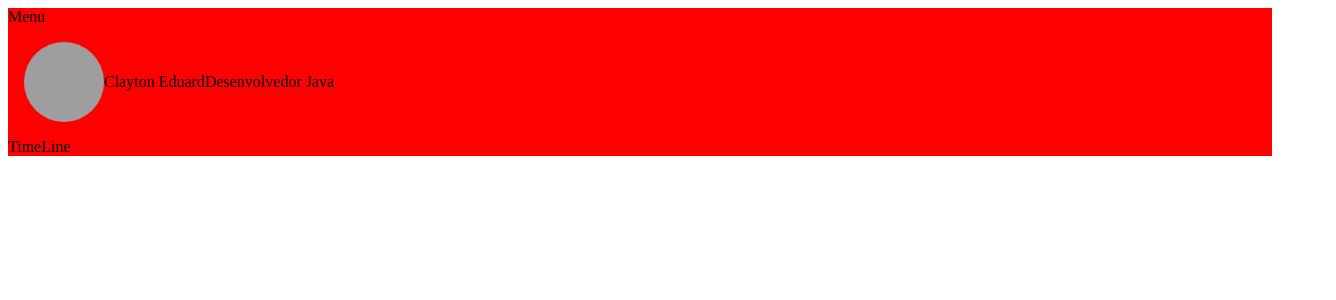
Repository: ClaytonEduard/imersaoaluratube
Page: /
An editor plug-in stored every save of this project. The page is shown before and after the next save, followed by the edit.
The browser window is 1280 px wide. The page is 1304 px wide, then 1336 px, so the pictures cover 1336 px, including what lies to the right of the window. The pictures show the whole page.
Pictures or frames that could not be fetched are drawn as grey boxes. The project was rebuilt for these pictures with package versions that can differ from the ones it lists, and the page was loaded fresh each time. The framework's server and built-in components were replaced by stand-ins that run in the browser. Also part of the build but not shown: next.config.js.

Above is the page before, as saved 2022-11-10 23:22:00.

After the next save:
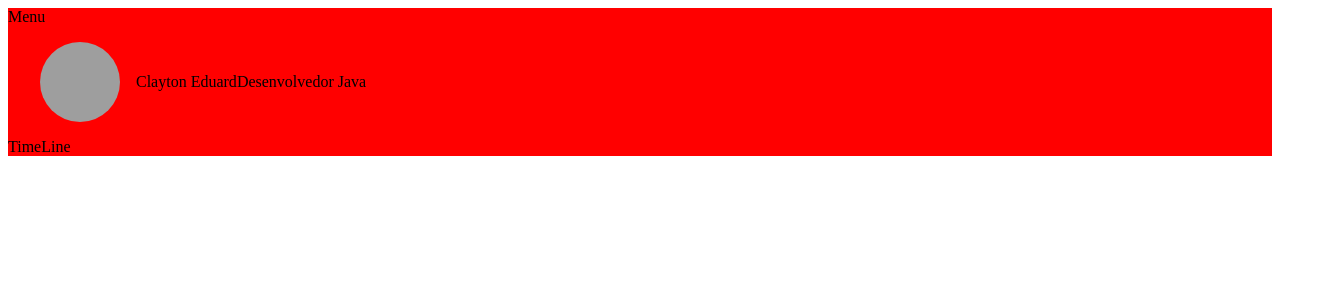
Saved 57 s later.
--- a/pages/index.js
+++ b/pages/index.js
@@ -29,7 +29,8 @@ const StyledHeader = styled.div`
     display: flex;
     align-items: center;
     width: 100%;
-    padding: 16px;
+    padding: 16px 32px;
+    gap: 16px;
 
   }
 `
